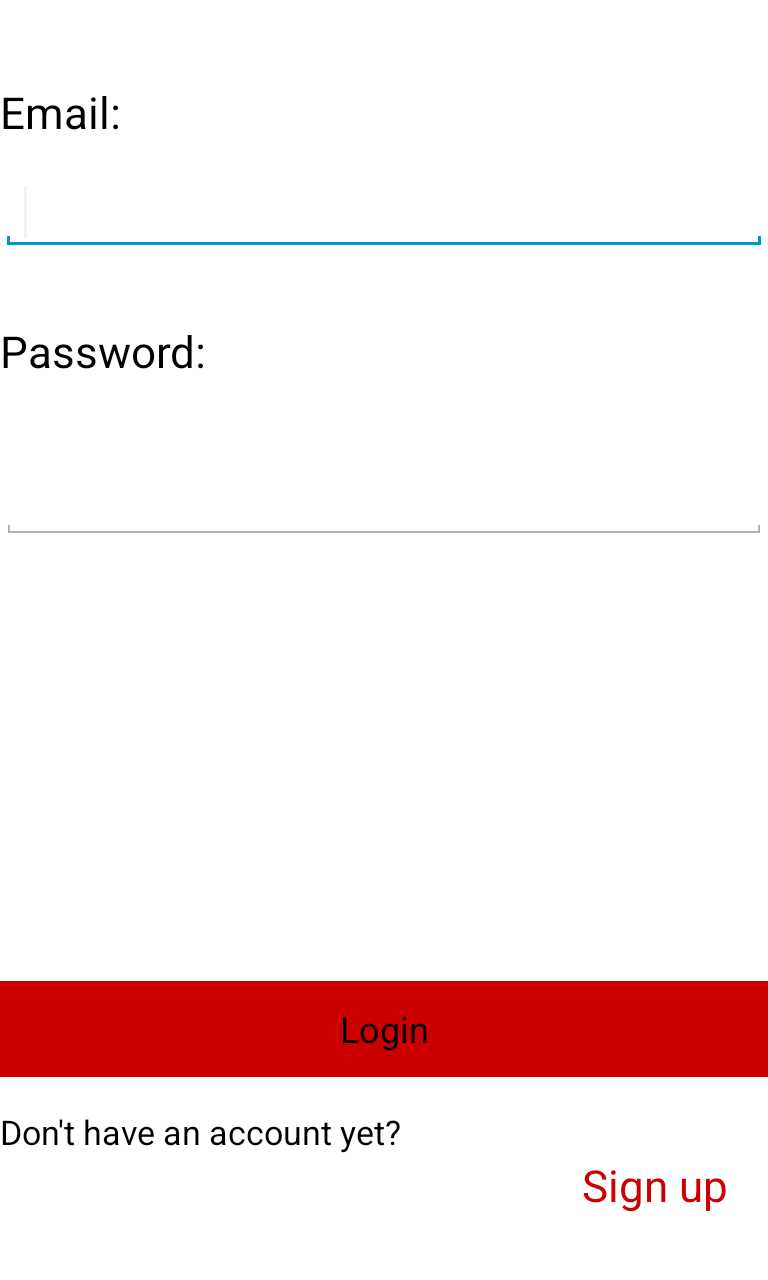
Repository: erwasambo/greendevelopment
Layout: GreenDevelopment/NASCuisine/res/layout/login.xml
These files come from the project's save history. The layout is drawn as it stood at one moment and after the next save; the edit follows.
It is drawn on a 768 x 1280 px phone screen (xhdpi) without system bars, with theme AppTheme; the app's code is not run.

Above is the layout before, as saved 2013-12-03 01:46:52.

### GreenDevelopment/NASCuisine/res/layout/login.xml
<?xml version="1.0" encoding="utf-8"?>
<RelativeLayout xmlns:android="http://schemas.android.com/apk/res/android"
    android:layout_width="match_parent"
    android:layout_height="match_parent" >

    <TextView
        android:id="@+id/textView1"
        android:layout_width="wrap_content"
        android:layout_height="wrap_content"
        android:layout_alignParentLeft="true"
        android:layout_alignParentTop="true"
        android:layout_marginTop="41dp"
        android:text="@string/email"
        android:textAppearance="?android:attr/textAppearanceLarge" />

    <TextView
        android:id="@+id/textView2"
        android:layout_width="wrap_content"
        android:layout_height="wrap_content"
        android:layout_alignParentLeft="true"
        android:layout_below="@+id/textView1"
        android:layout_marginTop="90dp"
        android:text="@string/password"
        android:textAppearance="?android:attr/textAppearanceLarge" />


    <EditText
        android:id="@+id/loginEmail"
        android:layout_width="match_parent"
        android:layout_height="wrap_content"
        android:layout_alignParentLeft="true"
        android:layout_below="@+id/textView1"
        android:layout_marginTop="16dp"
        android:ems="10"
        android:inputType="textEmailAddress" >

        <requestFocus />
    </EditText>


    <EditText
        android:id="@+id/loginPassword"
        android:layout_width="match_parent"
        android:layout_height="wrap_content"
        android:layout_alignParentLeft="true"
        android:layout_below="@+id/textView2"
        android:layout_marginTop="41dp"
        android:ems="10"
        android:inputType="textPassword" />



    <TextView
        android:id="@+id/login_error"
        android:layout_width="wrap_content"
        android:layout_height="wrap_content"
        android:layout_alignParentBottom="true"
        android:layout_centerHorizontal="true"
        android:layout_marginBottom="14dp" />

    <TextView
        android:id="@+id/TextView01"
        android:layout_width="wrap_content"
        android:layout_height="wrap_content"
        android:layout_above="@+id/tvLinkToRegisterScreen"
        android:layout_alignParentLeft="true"
        android:text="@string/donthaveacc"
        android:textSize="17sp"
        android:textAppearance="?android:attr/textAppearanceLarge" />

    <TextView
        android:id="@+id/tvLinkToRegisterScreen"
        android:layout_width="wrap_content"
        android:layout_height="wrap_content"
        android:layout_above="@+id/login_error"
        android:layout_alignParentRight="true"
        android:layout_marginRight="20dp"
        android:text="@string/signup"
        android:textAppearance="?android:attr/textAppearanceLarge"
        android:textColor="@color/purple" />

    <Button
        android:id="@+id/btnLogin"
        android:layout_width="match_parent"
        android:layout_height="wrap_content"
        android:layout_above="@+id/TextView01"
        android:layout_alignParentLeft="true"
        android:layout_marginBottom="16dp"
        android:background="@color/purple"
        android:text="@string/login" />

</RelativeLayout>

### GreenDevelopment/NASCuisine/res/values/strings.xml
<?xml version="1.0" encoding="utf-8"?>
<resources>

    <string name="app_name">NAS Cuisine</string>
     <string name="app_namelogin">NAS Cuisine - Log in</string>




    <string name="action_settings">Settings</string>
    <string name="activity_scrollview">ScrollView</string>
    <string name="activity_listview">ListView</string>
    <string name="activity_gridview">GridView</string>
    <string name="activity_webview">WebView</string>
    <string name="activity_fragment_tabs">Fragments + Tabs</string>
    <string name="activity_fragment_tabs_vp">Fragments + Tabs + ViewPager</string>
    <string name="pref_title_stick_container">Stick layer to</string>
    <string name="pref_title_show_shadow">Show shadow</string>
    <string name="pref_title_show_offset">Closed offset</string>
    <string name="open_button_container">Open</string>
    <string name="close_button_container">Close</string>
	<string name="title_activity_main">PayPal Access</string>
    <string name="title_activity_login">Login</string>
    <string name="btn_login">Login with PayPal</string>
    <string name="progress_loading_title">Loading&#8320;</string>
    <string name="progress_loading_msg">Login is possible in a few seconds</string>
    <string name="toast_login_ok">Logged in</string>
    <string name="toast_login_failed">Login failed</string>
    <string name="login_description">This enables the user to use his PayPal credentials to login. Thus he doesn\'t have to create yet another account and remember yet another password.</string>
	<string name="login_oauth">OAuth 2.0</string>
	<string name="login_openid">OpenID</string>

    <string name="swipe_label">Swipe!</string>
    <string name="swipe_left_label">Swipe left!</string>
    <string name="swipe_right_label">Swipe right!</string>
    <string name="swipe_up_label">Swipe up!</string>
    <string name="swipe_down_label">Swipe down!</string>

    <string name="label_right">Right</string>
    <string name="label_left">Left</string>
    <string name="label_middle">Middle</string>
    <string name="label_top">Top</string>
    <string name="label_bottom">Bottom</string>

    <string name="not_applicable">n/a</string>

    <string-array name="pref_list_titles">
        <item>@string/label_right</item>
        <item>@string/label_middle</item>
        <item>@string/label_left</item>
        <item>@string/label_top</item>
        <item>@string/label_bottom</item>
    </string-array>
    <string-array name="pref_list_values">
        <item>right</item>
        <item>middle</item>
        <item>left</item>
        <item>top</item>
        <item>bottom</item>
    </string-array>

    <string name="pref_go">Go!</string>

    <string name="no_media_warning">Storage Media not present</string>
    <string name="no_media_hint">Sharing the storage media with a PC can make it inaccessible</string>
    <string name="open_failed">Unable to open document</string>
    <string name="cancel">Cancel</string>
    <string name="search_backwards">Search backwards</string>
    <string name="search_forwards">Search forwards</string>
    <string name="search_document">Search document</string>
    <string name="picker_title">NAS Cuisine</string>
    <string name="outline_title">Table of Contents</string>
    <string name="enter_password">Enter Password</string>
    <string name="text_not_found">Text not found</string>
    <string name="searching_">Searching...</string>
    <string name="link_control">Link highlighting and enabling</string>
    <string name="no_further_occurences_found">No further occurences found</string>
    <string name="gen_pdf">Generate pdf</string>
    <string name="view_pdf">View pdf</string>
    <string name="title_activity_main">MainActivity</string>
    <string name="progress_title">Generateing pdf...</string>

    <string name="taliiafrica">Julisha</string>
	<string name="main">Julisha</string>
	<string name="weather">Check Weather</string>
	<string name="rescue">Emergency Rescue</string>
	<string name="exit">Exit</string>
	<string name="srtsail">Begin Sailing</string>
	<string name="stpsail">End Sailing</string>
	<string name="chkmap">Check Map</string>
	<string name="sets">Settings</string>
	<string name="vsltype">Vessel Type:</string>
	<string name="vid">Vessel Id:</string>
	<string name="vslname">Vessel Name:</string>
	<string name="wtrbody">Water Body:</string>
	<string name="desc">General Description:</string>
	<string name="sv">Save</string>
	<string name="lgout">Logout</string>
	<string name="sail">Sailing</string>
	<string name="myacc">My Account</string>
	<string name="date">Date:</string>
	<string name="time">Time:</string>
	<string name="initloc">Initial Location:</string>
	<string name="Destination">Destination:</string>
	<string name="onboard">Number Onboard:</string>
	<string name="act">Activity:</string>
	<string name="bgnSail">Begin Sailing</string>
	<string name="currLoc">Current Location:</string>
	<string name="endsail">End Sailing</string>
	<string name="prevloc">Previous Location</string>
	<string name="desc2">Image2</string>
	<string name="login">Login</string>
	<string name="email">Email:</string>
	<string name="password">Password:</string>
	<string name="newtojulisharegister">New to Julisha? Register here</string>
	<string name="registeracc">Register New Account</string>
	<string name="fullname">Full Name</string>
	<string name="logout">Logout</string>
	<string name="briefdesc">Brief Description:</string>
	<string name="safe">Safe</string>
	<string name="minor">Minor Problem</string>
	<string name="danger">Danger</string>
	<string name="xtremedanger">Extreme Danger</string>
	<string name="signup">Sign up</string>
	<string name="donthaveacc">Don\'t have an account yet?</string>




</resources>

### GreenDevelopment/NASCuisine/res/values/colors.xml
<?xml version="1.0" encoding="utf-8"?>

<!--
  ~ Copyright 2013 Chris Banes
  ~
  ~ Licensed under the Apache License, Version 2.0 (the "License");
  ~ you may not use this file except in compliance with the License.
  ~ You may obtain a copy of the License at
  ~
  ~     http://www.apache.org/licenses/LICENSE-2.0
  ~
  ~ Unless required by applicable law or agreed to in writing, software
  ~ distributed under the License is distributed on an "AS IS" BASIS,
  ~ WITHOUT WARRANTIES OR CONDITIONS OF ANY KIND, either express or implied.
  ~ See the License for the specific language governing permissions and
  ~ limitations under the License.
  <color name="black">#FF000000</color>
  -->

<resources>
     <color name="white">#FFFFFF</color>
	 <color name="canvas">#CC0000</color>
		<color name="bar">#CC0000</color>
     <color name="black">#FF000000</color>
     <color name="purple">#CC0000</color>
    <color name="holo_dark_green">@color/purple</color>
	<color name="default_progress_bar_color">@color/white</color>
	 <color name="abs__background_holo_dark">@color/purple</color>
    <color name="abs__background_holo_light">@color/purple</color>
    <color name="abs__bright_foreground_holo_dark">@color/purple</color>
    <color name="abs__bright_foreground_holo_light">@color/purple</color>
    <color name="abs__bright_foreground_disabled_holo_dark">@color/purple</color>
    <color name="abs__bright_foreground_disabled_holo_light">@color/purple</color>
</resources>

Loaded but not shown: GreenDevelopment/NASCuisine/res/values/styles.xml (common file); GreenDevelopment/NASCuisine/res/values-v11/styles.xml (common file); GreenDevelopment/NASCuisine/res/values-v14/styles.xml (common file)

After the next save:
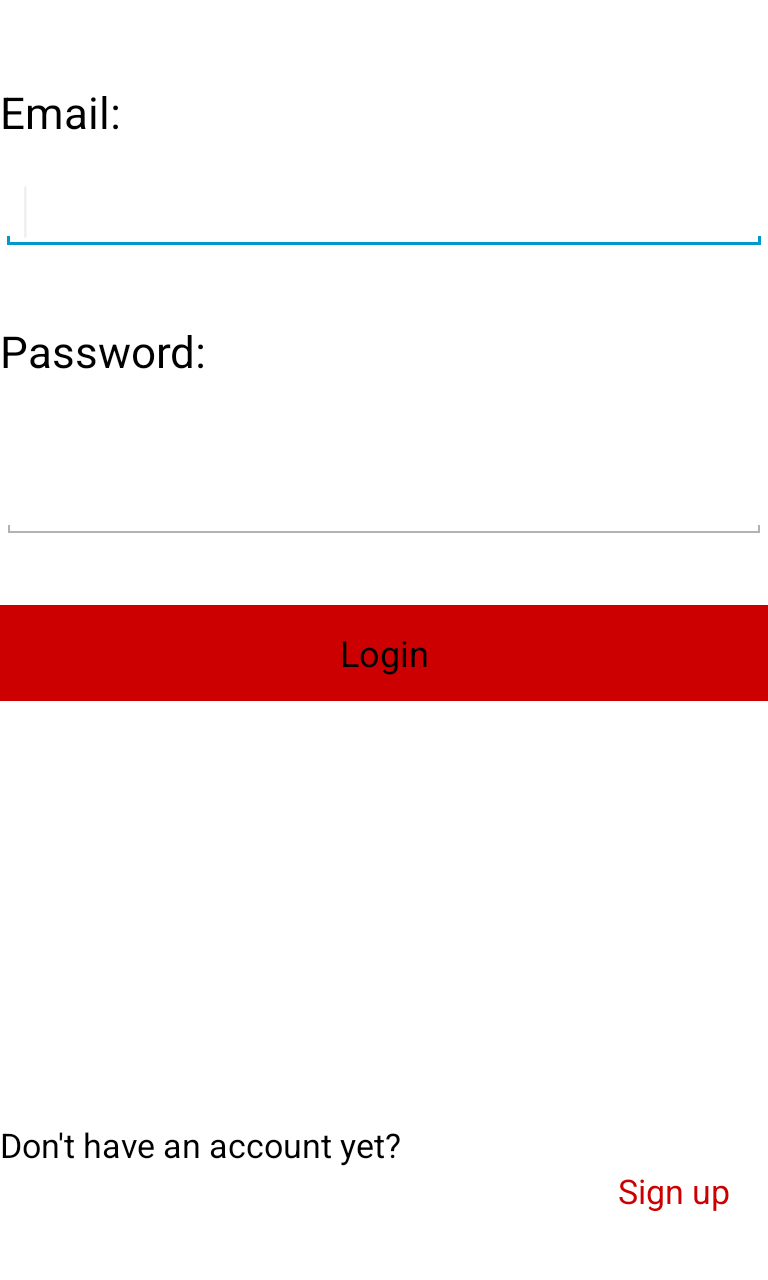
Saved 101 s later.
--- a/GreenDevelopment/NASCuisine/res/layout/login.xml
+++ b/GreenDevelopment/NASCuisine/res/layout/login.xml
@@ -59,14 +59,24 @@
         android:layout_marginBottom="14dp" />
 
     <TextView
-        android:id="@+id/TextView01"
+        android:id="@+id/txtNoacc"
         android:layout_width="wrap_content"
         android:layout_height="wrap_content"
         android:layout_above="@+id/tvLinkToRegisterScreen"
         android:layout_alignParentLeft="true"
         android:text="@string/donthaveacc"
-        android:textSize="17sp"
-        android:textAppearance="?android:attr/textAppearanceLarge" />
+        android:textAppearance="?android:attr/textAppearanceLarge"
+        android:textSize="17sp" />
+
+    <Button
+        android:id="@+id/btnLogin"
+        android:layout_width="match_parent"
+        android:layout_height="wrap_content"
+        android:layout_alignParentLeft="true"
+        android:layout_below="@+id/loginPassword"
+        android:layout_marginTop="32dp"
+        android:background="@color/purple"
+        android:text="@string/login" />
 
     <TextView
         android:id="@+id/tvLinkToRegisterScreen"
@@ -74,19 +84,10 @@
         android:layout_height="wrap_content"
         android:layout_above="@+id/login_error"
         android:layout_alignParentRight="true"
-        android:layout_marginRight="20dp"
+        android:layout_marginRight="19dp"
         android:text="@string/signup"
         android:textAppearance="?android:attr/textAppearanceLarge"
-        android:textColor="@color/purple" />
-
-    <Button
-        android:id="@+id/btnLogin"
-        android:layout_width="match_parent"
-        android:layout_height="wrap_content"
-        android:layout_above="@+id/TextView01"
-        android:layout_alignParentLeft="true"
-        android:layout_marginBottom="16dp"
-        android:background="@color/purple"
-        android:text="@string/login" />
+        android:textColor="@color/purple"
+        android:textSize="17sp"  />
 
 </RelativeLayout>
